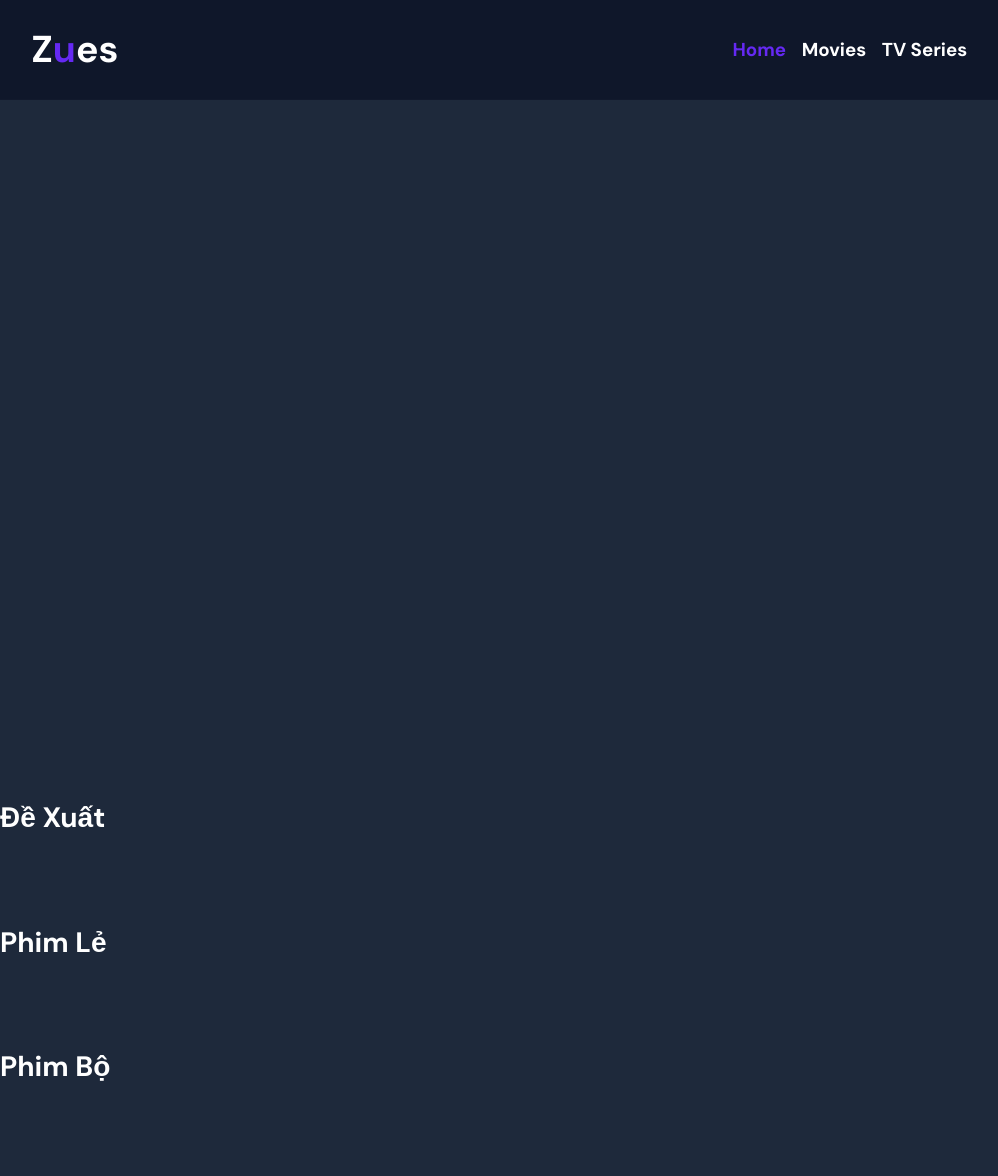
Repository: ThaiBinh1608/Web_List_Movie
Page: /
The author's editor kept a copy of each file at every save. The page is drawn from the files as they stood at one save, then again after the next save.
The browser window is 1280 px wide. The pictures show the whole page, at 78% of full size.
The page's requests for data from a server got no answer. The project was rebuilt for these pictures with package versions that can differ from the ones it lists, and the page was loaded fresh each time. No one was signed in, and anything a server would have sent is missing. Also part of the build but not shown: src/components/movie/MovieCard.js, src/components/TVseries/TVseriesCard.js, src/pages/MoviesPage.js, src/pages/TVseriesPage.js, src/pages/MoviesDetailsPage.js, src/pages/TVseriesDetailsPage.js.

Above is the page before, as saved 2023-02-24 20:47:02.

### src/index.scss
@tailwind base;
@tailwind components;
@tailwind utilities;

@layer base {
  body {
    @apply bg-slate-800 font-body ;
  }
}

@layer components {
  .page-container {
    max-width: 1280px;
    @apply mx-auto;
  }

  .movie-list .swiper-slide {
    width: 300px;
    height: auto;
  }
  .tv-list .swiper-slide {
    width: 300px;
    height: auto;
  }
  .banner .swiper{
    height: 100%;
  }
}

### src/App.js
import { Fragment } from "react";
import "swiper/scss";
import { Routes,Route } from "react-router-dom";
import Main from "./components/layout/Main";
import HomePage from "./pages/HomePage";
import MoviesPage from "./pages/MoviesPage";
import TVseriesPage from "./pages/TVseriesPage";
import Banner from "./components/banner/Banner";
import MoviesDetailsPage from "./pages/MoviesDetailsPage";
import TVSeriesDetailsPage from "./pages/TVseriesDetailsPage";
function App() {
  return (
    <Fragment>
      <Routes>
          <Route  element= {<Main></Main>}>

            <Route path="/" element={
              <>
                <Banner></Banner>
                <HomePage></HomePage>
              </>}>
            </Route>
            <Route path="/movies" element={<MoviesPage></MoviesPage>}></Route>
            <Route path="/movie/:movieId" element={<MoviesDetailsPage></MoviesDetailsPage>}></Route>
            <Route path="/TVseries" element={<TVseriesPage></TVseriesPage>}></Route>
            <Route path="/TVserie/:TVserieId" element={<TVSeriesDetailsPage></TVSeriesDetailsPage>}></Route>

          </Route>
      </Routes>
    </Fragment>
  );
}

export default App;

### src/components/layout/Main.js
import React, {Fragment} from 'react';
import Header from './Header';
import { Outlet } from 'react-router-dom';
const Main = () => {
    return (
        <Fragment>
            <Header></Header>
            <Outlet></Outlet>
        </Fragment>
    );
};

export default Main;

### src/pages/HomePage.js
import React, { Fragment } from 'react';
import MovieList from "../components/movie/MovieList";
import TVseriesList from '../components/TVseries/TvseriesList';

const HomePage = () => {
    return (
        <Fragment>
            <section className="movies-layout page-container pb-20">
        <h2 className="capitalize text-white  mb-10 text-4xl font-bold">
          Đề xuất
        </h2>

        <MovieList></MovieList>
            </section>

            <section className="movies-layout page-container pb-20">
                <h2 className="capitalize text-white  mb-10 text-4xl font-bold">
                Phim lẻ
                </h2>

                <MovieList type="top_rated"></MovieList>
            </section>

            <section className="tv-layout page-container  pb-20">
                <h2 className="capitalize text-white  mb-10 text-4xl font-bold">
                Phim bộ
                </h2>

                <TVseriesList type="popular"></TVseriesList>
            </section>
        </Fragment>
    );
};

export default HomePage;

### src/components/banner/Banner.js
import React from "react";
import useSWR from "swr";
import { fetcher } from "../../config";
import { SwiperSlide, Swiper } from "swiper/react";


const Banner = () => {
  const { data } = useSWR(
    `https://api.themoviedb.org/3/movie/upcoming?api_key=95f2419536f533cdaa1dadf83c606027`,
    fetcher
  );
  const movies = data?.results || [];

    return (
    <section className="banner h-[800px] page-container mb-20 overflow-hidden">
         <Swiper grabCursor="true" slidesPerView={"auto"}>
        {movies.length > 0 &&
          movies.map((item) => (
            <SwiperSlide key={item.id}>
              <BannerItem item={item}></BannerItem>
            </SwiperSlide>
          ))}
      </Swiper>
  </section>
    );
};

function BannerItem({item}){
    const { title,  poster_path } = item;
    return (
    <div className="w-full h-full rounded-lg relative">
      <div className="overlay absolute inset-0 bg-gradient-to-t from-[rgba(0,0,0,0.5)]
       to-[rgba(0,0,0,0.5)] rounded-lg "></div>

        <img src={`https://image.tmdb.org/t/p/w500/${poster_path}`}
         alt="" className="w-full h-full object-cover rounded-lg object-top" />
         <div className="absolute left-5 bottom-5 w-full text-white">
          <h2 className="font-bold text-5xl mb-5">{title} </h2>
          <div className="flex items-center gap-x-3 mb-8">
            <span className="py-2 px-4 border border-white rounded-md">Action</span>
            <span className="py-2 px-4 border border-white rounded-md">Action</span>
            <span className="py-2 px-4 border border-white rounded-md">Action</span>
          </div>
          <button className="py-4 px-8 rounded-lg bg-primary text-white  font-medium">Xem ngay</button>
         </div>
    </div>
    )
}

export default Banner;

### src/components/layout/Header.js
import React from 'react';
import { NavLink } from 'react-router-dom';
const Header = () => {
    return (
        <>

        <header className="header flex w-full p-10 text-xl font-semibold bg-slate-900 items-center justify-between gap-x-5 text-white py-10 mb-5 ">
        <div className='text-5xl font-bold text-left'>Z<span className='text-primary'>u</span>es</div>
       <div className='flex  text-2xl font-semibold items-center justify-center gap-x-5'>
        <NavLink to="/" className={({isActive}) => isActive ? "text-primary": ""}>
            Home
        </NavLink>

        <NavLink to="/movies" className={({isActive}) => isActive ? "text-primary": ""}>
            Movies
        </NavLink>

        <NavLink to="/TVseries" className={({isActive}) => isActive ? "text-primary": ""}>
            TV Series
        </NavLink>
        </div>
    </header>
    </>
    );
};

export default Header;

### src/components/movie/MovieList.js
import React, { useEffect, useState } from 'react';
import {Swiper,SwiperSlide} from "swiper/react";
import MovieCard from "./MovieCard";
import useSWR from "swr";
import {fetcher} from "../../config.js"

//https://api.themoviedb.org/3/movie/now_playing?api_key=ccd2fb4b6c71b6649a8e1b8c8338a19e
const MovieList = ({type = 'now_playing'}) => {

    const { data } = useSWR(`https://api.themoviedb.org/3/movie/${type}?api_key=ccd2fb4b6c71b6649a8e1b8c8338a19e`, fetcher);


    const movies = data?.results || [];


    return (
        <div className="movie-list">

        <Swiper grabCursor={"true"} spaceBetween={40} slidesPerView={"auto"}>

        {movies.length > 0 && movies.map(item =>(


         <SwiperSlide key={item.id}>
              <MovieCard item={item}></MovieCard>
         </SwiperSlide>
        ))}


        </Swiper>
      </div>
    );
};

export default MovieList;

### src/components/TVseries/TvseriesList.js

import {Swiper,SwiperSlide} from "swiper/react";
import TVseriesCard from './TVseriesCard.js';
import useSWR from "swr";
import {fetcher} from "../../config"

//https://api.themoviedb.org/3/movie/now_playing?api_key=ccd2fb4b6c71b6649a8e1b8c8338a19e
const TVseriesList = ({type = 'now_playing'}) => {

    const { data } = useSWR(`https://api.themoviedb.org/3/tv/${type}?api_key=ccd2fb4b6c71b6649a8e1b8c8338a19e`, fetcher);


    const tv = data?.results || [];


    return (
        <div className="tv-list">

        <Swiper grabCursor={"true"} spaceBetween={40} slidesPerView={"auto"}>

        {tv.length > 0 && tv.map(item =>(


         <SwiperSlide key={item.id}>
              <TVseriesCard item={item}></TVseriesCard>
         </SwiperSlide>
        ))}


        </Swiper>
      </div>
    );
};

export default TVseriesList;

### src/config.js
export const fetcher = (...args) => fetch(...args).then((res) => res.json());
export const apiKey ="ccd2fb4b6c71b6649a8e1b8c8338a19e";

### tailwind.config.js
/** @type {import('tailwindcss').Config} */
module.exports = {
  content: ["./src/**/*.{js,jsx,ts,tsx}"],
  theme: {
    extend: {
      fontFamily: {
        body: ["DM Sans", "Sans-serif"],
      },

      colors: {
        primary: "#6529F3",
      },
    },
  },
  plugins: [],
};

Loaded but not shown: public/index.html (common file); src/index.js (common file); src/reportWebVitals.js (common file)

After the next save:
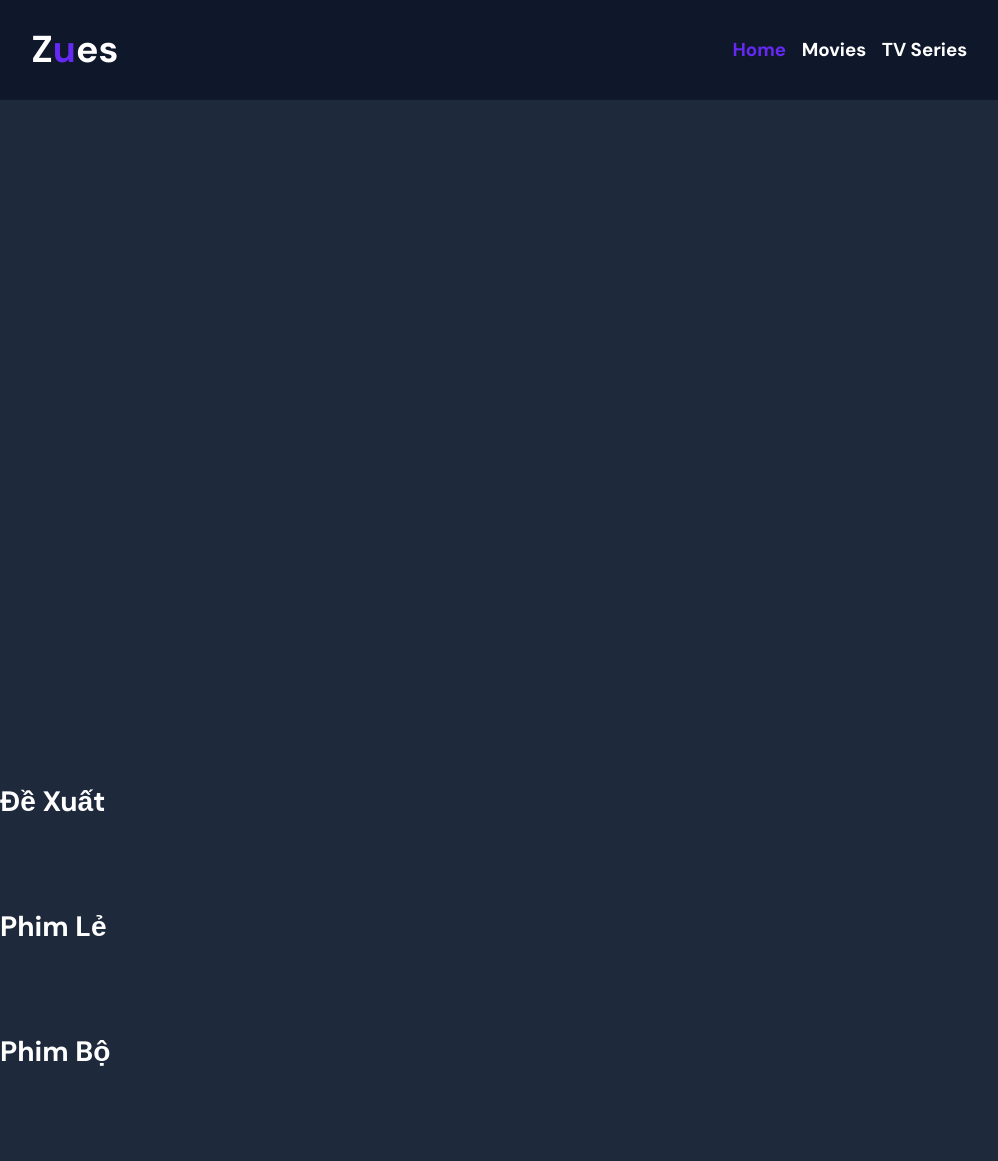
Saved 102 s later.
--- a/src/components/layout/Header.js
+++ b/src/components/layout/Header.js
@@ -4,7 +4,7 @@ const Header = () => {
     return (
         <>
 
-        <header className="header flex w-full p-10 text-xl font-semibold bg-slate-900 items-center justify-between gap-x-5 text-white py-10 mb-5 ">
+        <header className="header flex w-full p-10 text-xl font-semibold bg-slate-900 items-center justify-between gap-x-5 text-white py-10 ">
         <div className='text-5xl font-bold text-left'>Z<span className='text-primary'>u</span>es</div>
        <div className='flex  text-2xl font-semibold items-center justify-center gap-x-5'>
         <NavLink to="/" className={({isActive}) => isActive ? "text-primary": ""}>
